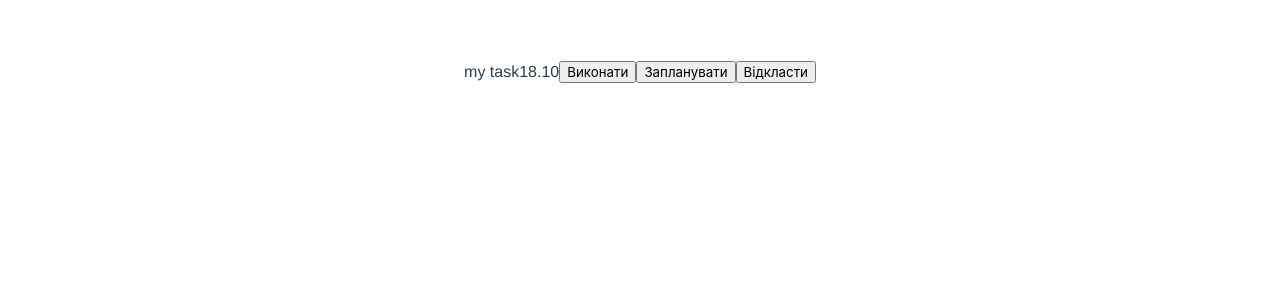
Repository: Olegche/sushi
Page: /
These files come from the project's save history. The page is drawn as it stood at one moment and after the next save; the edit follows.
The browser window is 1280 px wide. The pictures show the whole page.
The project was rebuilt for these pictures with package versions that can differ from the ones it lists, and the page was loaded fresh each time.

Above is the page before, as saved 2020-10-07 19:44:40.

After the next save:
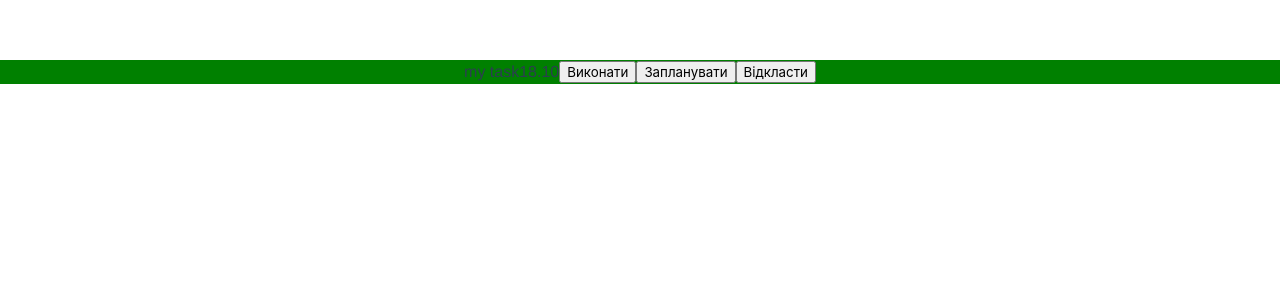
Saved 5 min 22 s later.
--- a/src/components/TodoList/TodoItem/index.vue
+++ b/src/components/TodoList/TodoItem/index.vue
@@ -1,5 +1,5 @@
 <template>
-    <div>
+    <div :class="statusClass">
         <span>{{task}}</span>
         <span>{{time}}</span>
         <button>Виконати</button>
@@ -26,6 +26,22 @@
                 default:'',
             }
         },
+
+        computed: {
+            statusClass() {
+                switch (this.status) {
+                    case 'NEW': return 'new'
+                        break;
+                    case 'IN-PROGRES': return 'in-progres'
+                        break;
+                    case 'POSTPONED': return 'postponed'
+                        break;
+                    default:
+                        return 'new'
+                        break;
+                }
+            }
+        },
     }
 </script>
 
